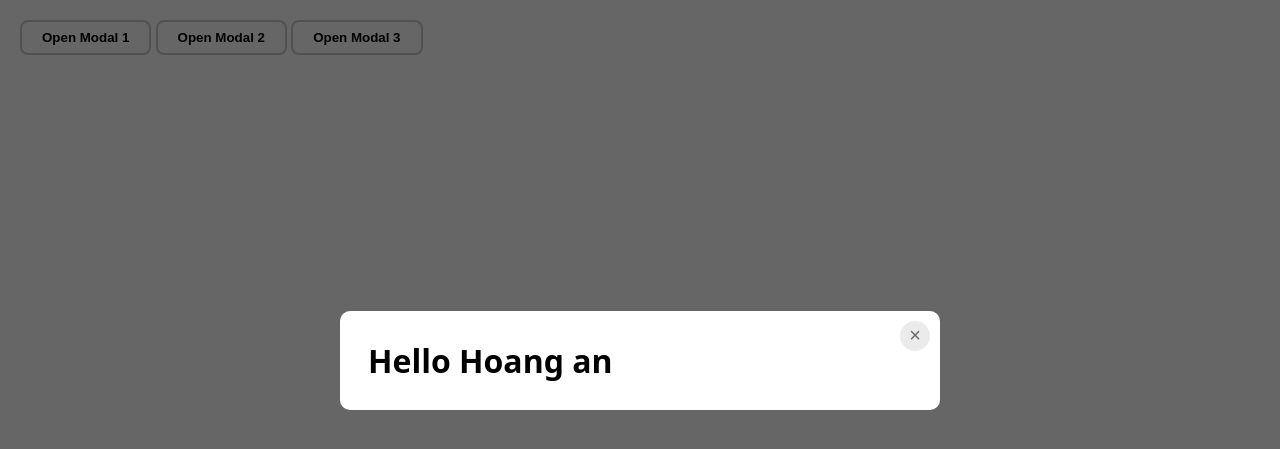
Repository: hoangan3526/Javascript-project
Page: index.html
The author's editor kept a copy of each file at every save. The page is drawn from the files as they stood at one save, then again after a run of saves.
The browser window is 1280 px wide. The pictures show the whole page.

Above is the page before, as saved 2026-04-08 09:30:29.

After the next 2 saves:
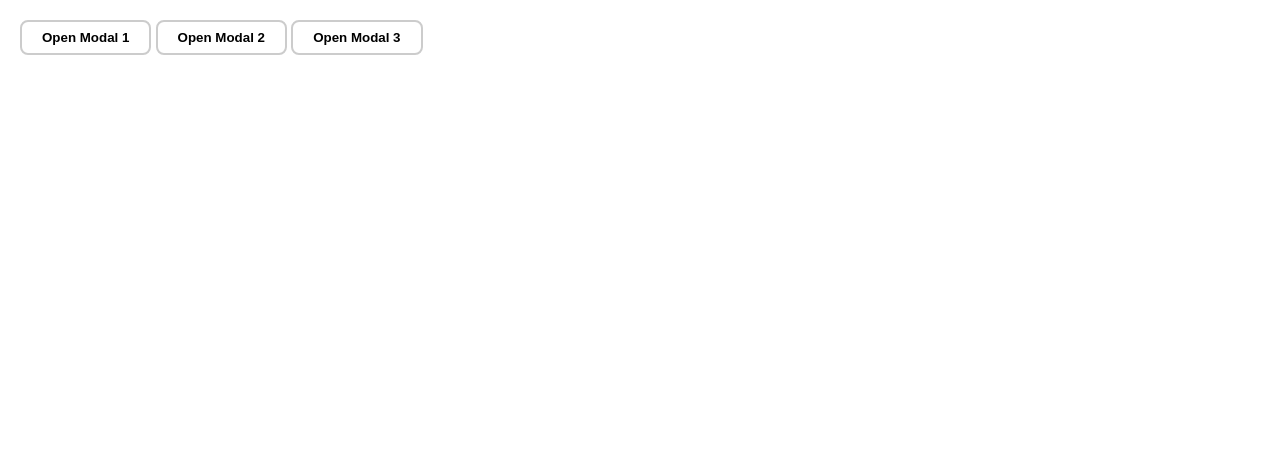
The 2 saves are shown as one change because they came seconds apart.
The last was saved 119 s later.
--- a/main.js
+++ b/main.js
@@ -32,13 +32,14 @@ function Modal(){
                 this.closeModal(backdrop);
             }
         }
+
         document.addEventListener('keydown' , (e) => {
             if ( e.key === "Escape"){
                 this.closeModal(backdrop);
             }
         });
 
-    }
+    };
     this.closeModal = (element) =>{
         element.classList.remove('show');
            element.ontransitionend = () =>{
@@ -49,4 +50,6 @@ function Modal(){
 
 const modal = new Modal();
 
-modal.openModal(`<h1> Hello Hoang an </h1>`)
+$('#open-modal-1').onclick = () =>{
+    modal.openModal("<h1>helo hoang na</h1>");
+}
